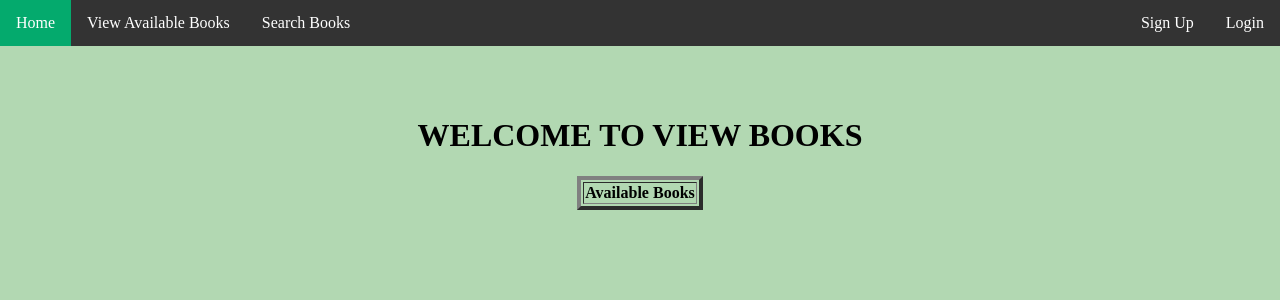
Repository: sach7691/original-book-store
Page: http://localhost/online-book-store-application/view_books.jsp
An editor plug-in stored every save of this project. The page is shown before and after the next save, followed by the edit.
The browser window is 1280 px wide. The pictures show the whole page.
The page is served by Tomcat 9. Other server files are loaded and not shown. The template is opened directly, without the code that normally fills it, so the values that code supplies are empty.

Above is the page before, as saved 2022-08-18 19:54:42.

### online-book-store-application/src/main/webapp/view_books.jsp
<%@ page language="java" contentType="text/html; charset=ISO-8859-1"
    pageEncoding="ISO-8859-1"%>
<%@ taglib uri="http://java.sun.com/jsp/jstl/core" prefix="c" %>
<%@ page import="java.util.List" %>
<%@page import="com.ab.models.Book" %>
<!DOCTYPE html>
<html>
<head>
<meta charset="ISO-8859-1">
<meta name="viewport" content="width=device-width, initial-scale=1.0">
<title>view books</title>
<style>
body {margin: 0;
 background: rgba(0, 128, 0, 0.3);}

 h1{
 text-align: center;
  padding-top: 50px;

 }
 letter {
   color: #ea503f;
   font-family: Arial;
 }

ul.topnav {
  list-style-type: none;
  margin: 0;
  padding: 0;
  overflow: hidden;
  background-color: #333;
}

ul.topnav li {float: left;}

ul.topnav li a {
  display: block;
  color: white;
  text-align: center;
  padding: 14px 16px;
  text-decoration: none;
}

ul.topnav li a:hover:not(.active) {background-color: #111;}

ul.topnav li a.active {background-color: #04AA6D;}

ul.topnav li.right {float: right;}

@media screen and (max-width: 600px) {
  ul.topnav li.right,
  ul.topnav li {float: none;}
}
</style>
</head>
</head>
<body>
<div>
<ul class="topnav">
  <li><a class="active" href="welcome.jsp">Home</a></li>
  <li><a href="http://localhost:8080/online-book-store-application/ViewBookServlet">View Available Books</a></li>
  <li><a href="search_book.jsp">Search Books</a></li>
  <li class="right"><a href="login.jsp">Login</a></li>
  <li class="right"><a href="index.jsp">Sign Up</a></li>
</ul>
</div>
<form action="http://localhost:8080/online-book-store-application/ReadBookServlet"  method="GET">
<%
List<Book> books = (List<Book>)session.getAttribute("bList");

%>
<div class="letter"><h1>WELCOME TO VIEW BOOKS</h1></div>
<center>
<table border="4">
  <tr>
    <th>Available Books</th>
  </tr>
    <c:forEach items="${bList}" var="b">
        <tr>
            <td><c:out value="${b.bookTitle}" /></td>
           <td>
        <form action="http://localhost:8080/online-book-store-application/ReadBookServlet" method="GET">
        <input type="text" value="${b.bookTitle}" name="bookTitle" hidden=""/>
       <input type="submit" value="Read Book"/>
       </td>
 </form>
 </tr>
    </c:forEach>
</table>
<br>
</center>
</form>

</body>
</html>

After the next save:
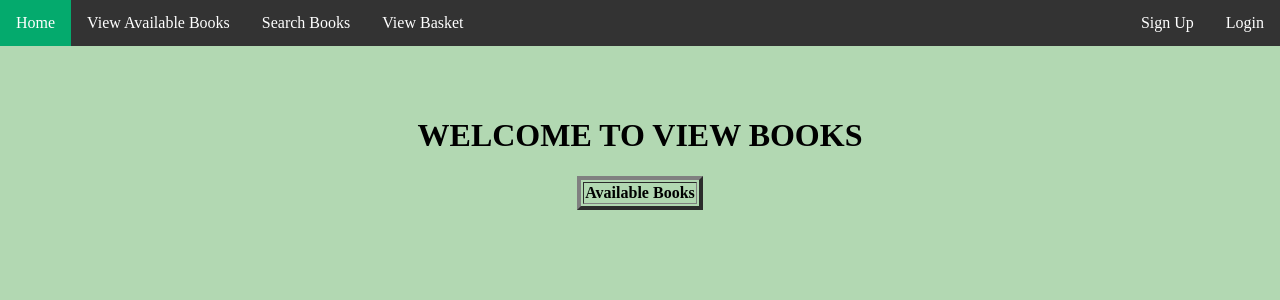
Saved 50 s later.
--- a/online-book-store-application/src/main/webapp/view_books.jsp
+++ b/online-book-store-application/src/main/webapp/view_books.jsp
@@ -60,6 +60,7 @@ ul.topnav li.right {float: right;}
   <li><a class="active" href="welcome.jsp">Home</a></li>
   <li><a href="http://localhost:8080/online-book-store-application/ViewBookServlet">View Available Books</a></li>
   <li><a href="search_book.jsp">Search Books</a></li>
+  <li><a href="#">View Basket</a></li>
   <li class="right"><a href="login.jsp">Login</a></li>
   <li class="right"><a href="index.jsp">Sign Up</a></li>
 </ul>
